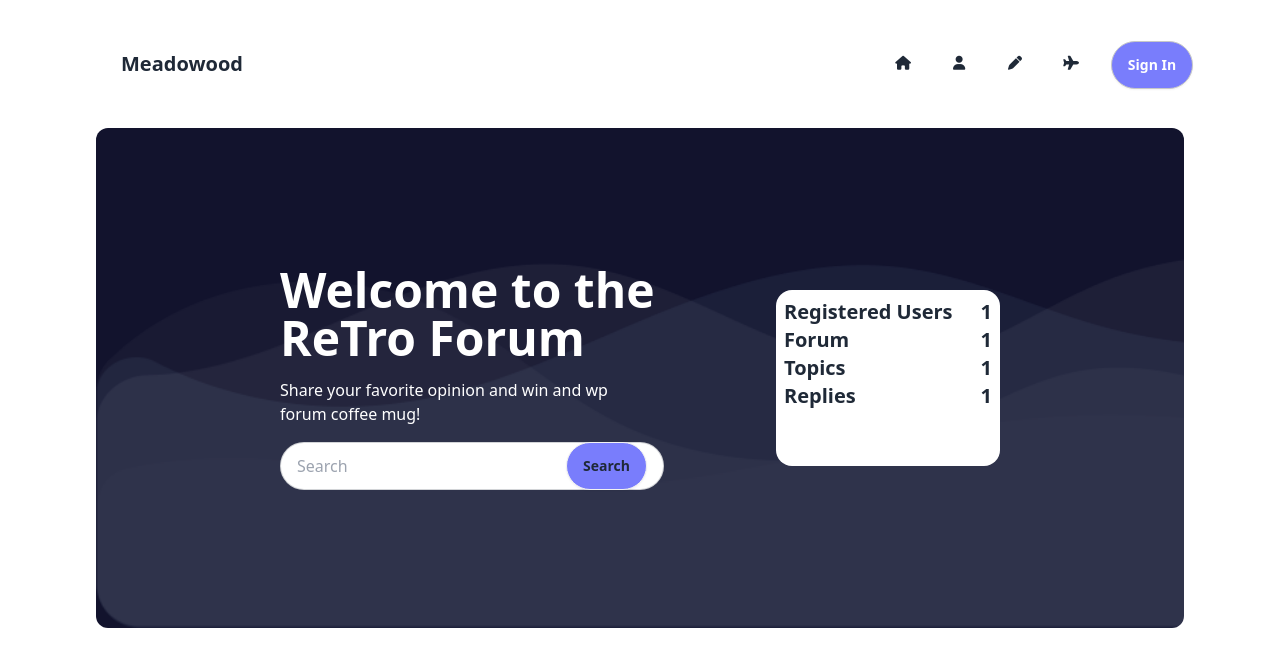
Repository: RudrasahaDibos/Meadowood-Forum
Page: index.html
These files come from the project's save history. The page is drawn as it stood at one moment and after the next save; the edit follows.
The browser window is 1280 px wide. The pictures show the whole page.
Some web libraries are served in a nearby version.

Above is the page before, as saved 2024-11-24 12:54:58.

### index.html
<!DOCTYPE html>
<html lang="en">
    <head>
        <meta charset="UTF-8">
        <meta name="viewport" content="width=device-width, initial-scale=1.0">
        <title>Meadowood Forum</title>

        <!-- tailwind  -->
        <link
            href="https://cdn.jsdelivr.net/npm/daisyui@4.12.14/dist/full.min.css"
            rel="stylesheet" type="text/css" />
        <script src="https://cdn.tailwindcss.com"></script>

        <!-- font awesome  -->
        <link rel="stylesheet"
            href="https://cdnjs.cloudflare.com/ajax/libs/font-awesome/6.7.1/css/all.min.css"
            integrity="sha512-5Hs3dF2AEPkpNAR7UiOHba+lRSJNeM2ECkwxUIxC1Q/FLycGTbNapWXB4tP889k5T5Ju8fs4b1P5z/iB4nMfSQ=="
            crossorigin="anonymous" referrerpolicy="no-referrer" />

    </head>
    <body class="container mx-auto lg:px-24 px-8">
        <!-- header is start here  -->
        <header class="mt-8">
            <!-- navbar is start here  -->
            <div class="navbar bg-base-100">
                <div class="flex-1">
                    <a class="btn btn-ghost text-xl">Meadowood</a>
                </div>
                <div class="flex-none">
                    <div class="dropdown dropdown-end mr-6">
                        <div  role="button"
                            class="btn btn-ghost btn-circle flex w-full  ">
                            <div class="indicator rounded-full border-1 h-8 w-8 mr-4 tooltip" data-tip="home">
                                <i class="fa-solid fa-house h-5 w-5 mx-auto mt-2"></i>
                            </div>
                            <div class="indicator rounded-full border-1 h-8 w-8 mr-4 tooltip" data-tip="User">
                                <i class="fa-solid fa-user h-5 w-5 mx-auto mt-2"></i>
                            </div>
                            <div class="indicator rounded-full border-1 h-8 w-8 mr-4 tooltip" data-tip="pen">
                                <i class="fa-solid fa-pen h-5 w-5 mx-auto mt-2"></i>
                            </div>
                            <div class="indicator rounded-full border-1 h-8 w-8 mr-4 tooltip" data-tip="flight">
                                <i class="fa-solid fa-plane h-5 w-5 mx-auto mt-2"></i>
                            </div>
                        </div>

                    </div>
                    <div class="dropdown dropdown-end">
                        <div tabindex="0" role="button"
                            class="btn btn-ghost btn-circle avatar">

                                <button class="btn btn-active bg-[#797DFC] text-white rounded-full ">Sign In</button>

                        </div>
                        <ul
                            tabindex="0"
                            class="menu menu-sm dropdown-content bg-base-100 rounded-box z-[1] mt-3 w-52 p-2 shadow">
                            <li>
                                <a class="justify-between">
                                    Profile
                                    <span class="badge">New</span>
                                </a>
                            </li>
                            <li><a>Settings</a></li>
                            <li><a>Logout</a></li>
                        </ul>
                    </div>
                </div>
            </div>
            <!-- navbar is  end here  -->

             <!-- bannner start here  -->
             <div class="lg:w-full w-[450px] relative bg-no-repeat bg-cover h-[500px] z-0 rounded-xl overflow-hidden mt-8 bg-[#12132D]" style="background-image: url('/images/bgbanner.png');">
                <div class="relative top-0 left-0 w-full h-full z-10  flex  justify-center items-center gap-28 ">

                  <div class="space-y-4">
                    <h2 class="text-5xl font-extrabold font-manrope text-white">Welcome to the <br> ReTro Forum</h2>
                    <p class="text-white">Share your favorite opinion and win and wp <br> forum coffee mug!</p>
                    <label class="input input-bordered flex items-center gap-2 w-96 rounded-full">
                        <input type="text" class="grow" placeholder="Search" />
                         <button class="btn bg-[#797DFC] rounded-full">Search</button>
                      </label>
                  </div>

                   <div>
                    <ul class="menu bg-[#FFFFFF] rounded-box w-56">

                        <div class="flex justify-between"><a class="text-xl font-bold">Registered Users</a><a class="text-xl font-bold">1</a></div>
                        <div class="flex justify-between"><a class="text-xl font-bold">Forum</a><a class="text-xl font-bold">1</a></div>
                        <div class="flex justify-between"><a class="text-xl font-bold">Topics</a><a class="text-xl font-bold">1</a></div>
                        <div class="flex justify-between"><a class="text-xl font-bold">Replies</a><a class="text-xl font-bold">1</a></div>
                        <li><a></a></li>
                        <li><a></a></li>
                        <li><a></a></li>
                      </ul>
                   </div>

                </div>
                </div>
             <!-- bannner end here  -->




        </header>
        <!-- header is end here  -->

        <!-- main is start here  -->
        <main>

        </main>
        <!-- main is end here  -->

        <!-- footer is start here  -->

        <!-- footer is end here  -->
    </body>
</html>

After the next save:
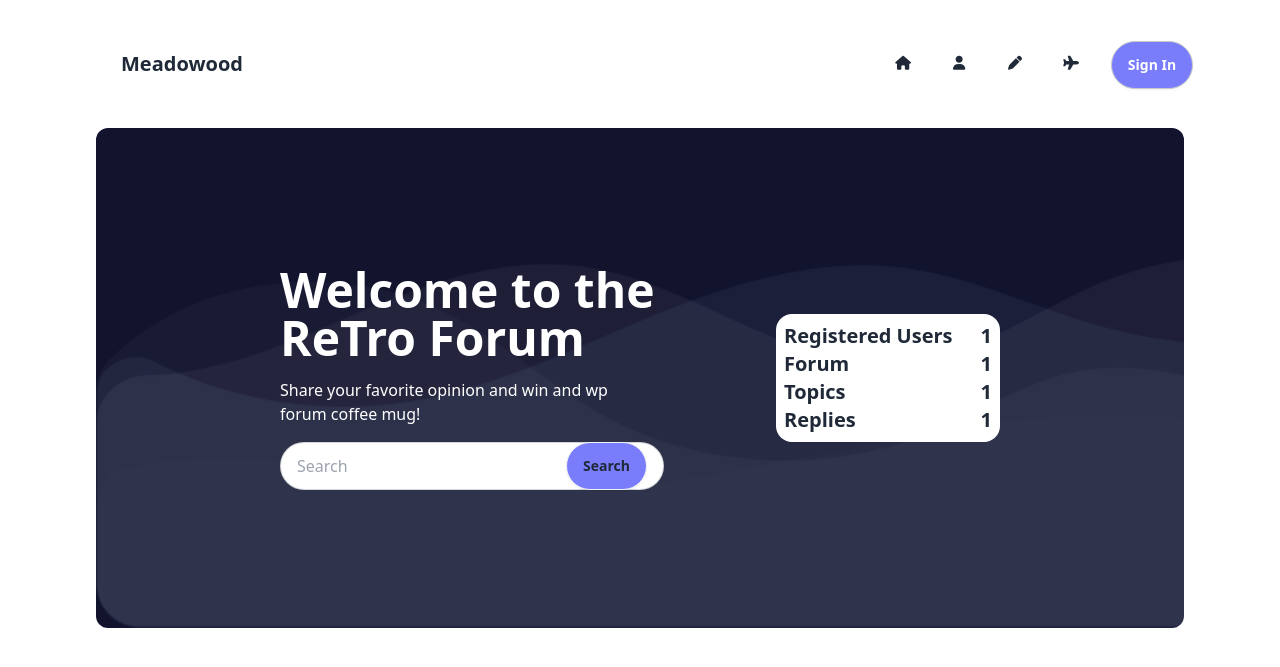
Saved 5 s later.
--- a/index.html
+++ b/index.html
@@ -89,9 +89,6 @@
                         <div class="flex justify-between"><a class="text-xl font-bold">Forum</a><a class="text-xl font-bold">1</a></div>
                         <div class="flex justify-between"><a class="text-xl font-bold">Topics</a><a class="text-xl font-bold">1</a></div>
                         <div class="flex justify-between"><a class="text-xl font-bold">Replies</a><a class="text-xl font-bold">1</a></div>
-                        <li><a></a></li>
-                        <li><a></a></li>
-                        <li><a></a></li>
                       </ul>
                    </div>
 
